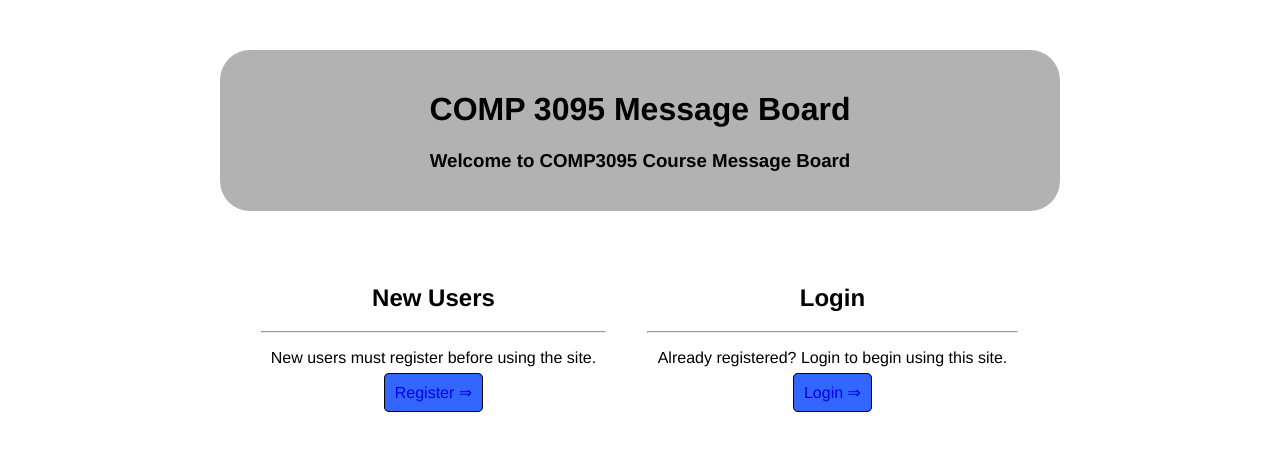
Repository: JesseFo/Whitespace
Page: whitespace/WebContent/WEB-INF/index.html
The author's editor kept a copy of each file at every save. The page is drawn from the files as they stood at one save, then again after the next save.
The browser window is 1280 px wide. The pictures show the whole page.

Above is the page before, as saved 2015-10-14 03:13:35.

### whitespace/WebContent/WEB-INF/index.html
<!DOCTYPE html>
<html>
	<head>
		<meta charset="ISO-8859-1">
		<title>COMP 3095 Message Board - Welcome!</title>
		<link rel="stylesheet" type="text/css" href="index.css" />
	</head>

	<body>
		<div id="wrapper">
			<div id="title">
				<h1>COMP 3095 Message Board</h1>
				<h3>Welcome to COMP3095 Course Message Board</h3>
			</div>

			<div id="content">
				<table><tr>
					<td>
						<h2>New Users</h2>
						<hr />
						<p>New users must register before using the site.</p>
						<a href="#">Register &rArr;</a>
					</td>
					<td>
						<h2>Login</h2>
						<hr />
						<p>Already registered? Login to begin using this site.</p>
						<a href="#">Login &rArr;</a>
					</td>
				</tr></table>
			</div>
		</div>
	</body>
</html>

### whitespace/WebContent/WEB-INF/index.css
@CHARSET "ISO-8859-1";

#wrapper{
	font-family: Helvetica, Arial, sans-serif;
}

#title{
	text-align: center;
	background: #B2B2B2;
	padding: 20px;
	width: 800px;
	margin: 50px auto;
	border-radius: 30px;
}

#content{
	text-align: center;
	width: 800px;
	margin: 0px auto 15px;
}

#content > table{
	width: 100%;
}

hr{
	width: 90%;
}

a{
	text-decoration: none;
	text-color: white;
	border: 1px solid black;
	padding: 10px;
	border-radius: 5px;
	background: #3366FF;
}

a:hover{
	background: #6699FF;
}

After the next save:
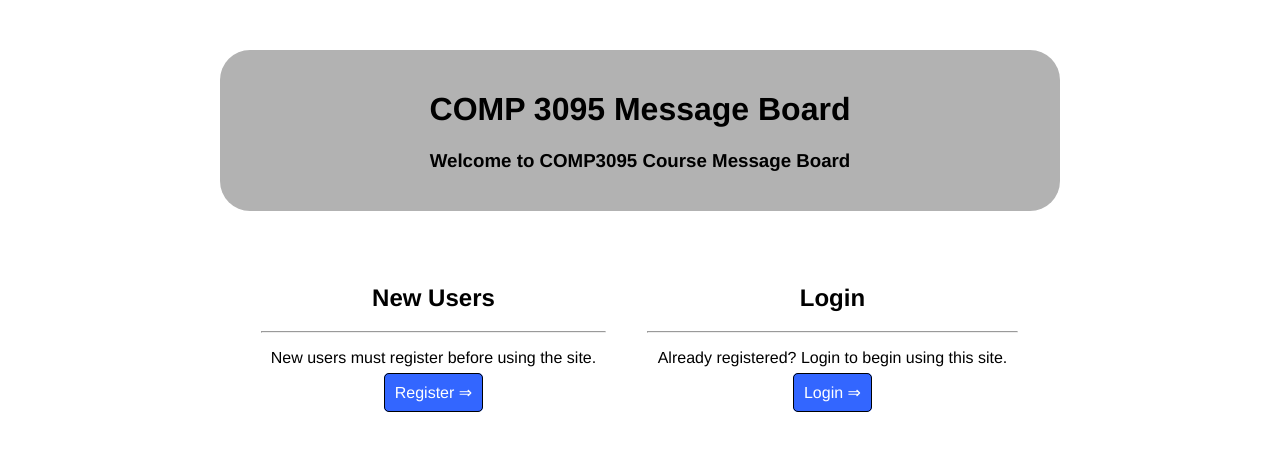
Saved 29 s later.
--- a/whitespace/WebContent/WEB-INF/index.css
+++ b/whitespace/WebContent/WEB-INF/index.css
@@ -29,7 +29,7 @@ hr{
 
 a{
 	text-decoration: none;
-	text-color: white;
+	color: white;
 	border: 1px solid black;
 	padding: 10px;
 	border-radius: 5px;
